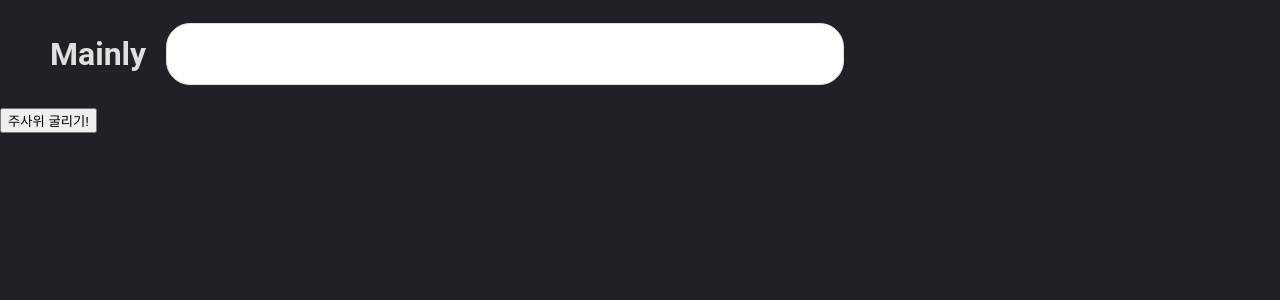
Repository: M1NARTY/WebProgramming
Page: feelLuck.html
These files come from the project's save history. The page is drawn as it stood at one moment and after the next save; the edit follows.
The browser window is 1280 px wide. The pictures show the whole page.

Above is the page before, as saved 2023-12-18 00:39:00.

### feelLuck.html
<!DOCTYPE html>
<html lang="ko">
    <head>
        <meta charset="UTF-8">
        <title>Mainly Dude</title>
        <link rel="stylesheet" href="feelLuck.css">
        <style>

        </style>
    </head>
    <body style="background-color:#202027">
        <div class="top">
            <h1>Mainly</h1>
            <div class="box"></div>
        </div>
        <div class="game">
            <button id="rollDice" type="button">주사위 굴리기!</button>
        </div>
    </body>
</html>

### feelLuck.css
body {
    height: 100%;
    margin: 0;
}

.top {
    display: flex;
    align-items: center; /* 세로 중앙 정렬을 위해 추가 */
    height: 15vh; /* 화면 전체 높이를 차지하도록 설정 */
}

.top h1  {
    font-family: "Roboto";
    color: #dfe0e1;
    margin-left: 50px;
}

/* .box {
    display: inline-block;
    width: 616px;
    margin: 20px;
    padding : 30px;
    border : 1px solid #DFE1E5;
    border-radius : 24px;
    background: #FFF;
    height: 100%;
} */

.box {
    width: 616px;
    margin: 20px;
    padding: 30px;
    border: 1px solid #DFE1E5;
    border-radius: 24px;
    background: #FFF;
}

After the next save:
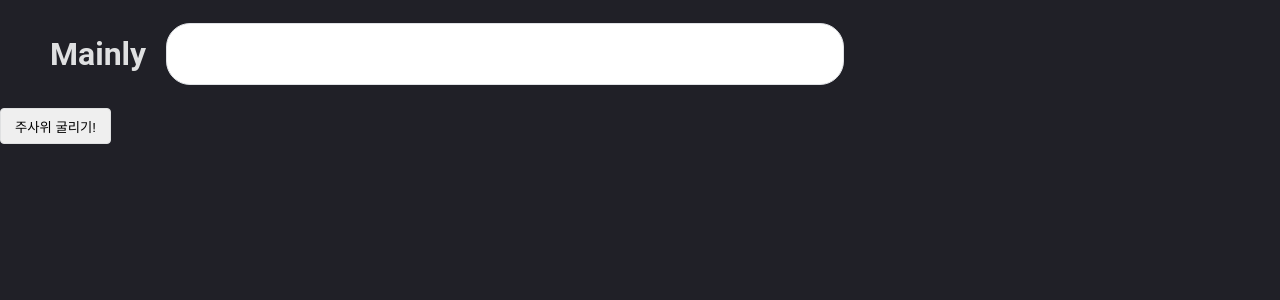
Saved 119 s later.
--- a/feelLuck.css
+++ b/feelLuck.css
@@ -5,8 +5,8 @@
 
 .top {
     display: flex;
-    align-items: center; /* 세로 중앙 정렬을 위해 추가 */
-    height: 15vh; /* 화면 전체 높이를 차지하도록 설정 */
+    align-items: center;
+    height: 15vh;
 }
 
 .top h1  {
@@ -14,17 +14,6 @@
     color: #dfe0e1;
     margin-left: 50px;
 }
-
-/* .box {
-    display: inline-block;
-    width: 616px;
-    margin: 20px;
-    padding : 30px;
-    border : 1px solid #DFE1E5;
-    border-radius : 24px;
-    background: #FFF;
-    height: 100%;
-} */
 
 .box {
     width: 616px;
@@ -34,3 +23,11 @@
     border-radius: 24px;
     background: #FFF;
 }
+
+.game button:nth-child(1) {
+    width: 111px;
+    height: 36px;
+    border-radius: 4px;
+    border: 1px solid #dfe0e1;
+    backgroundL #F9F0FA;
+}
